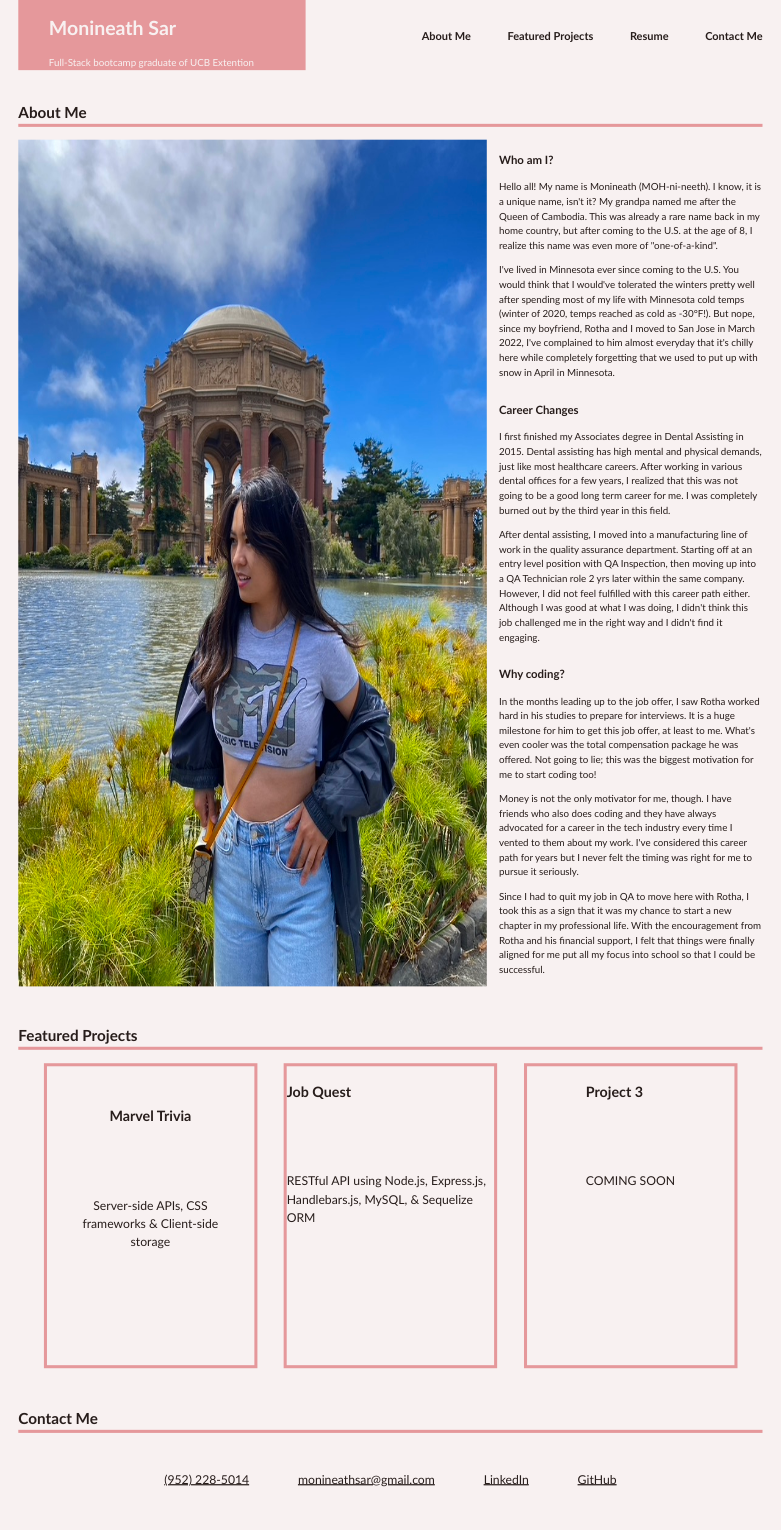
Repository: monineathsar/Challenge-2
Page: index.html
These files come from the project's save history. The page is drawn as it stood at one moment and after the next save; the edit follows.
The browser window is 1280 px wide. The pictures show the whole page, at 61% of full size.

Above is the page before, as saved 2022-08-13 13:22:38.

### index.html
<!DOCTYPE html>
<html lang="en">

<head>
    <meta charset="UTF-8">
    <meta http-equiv="X-UA-Compatible" content="IE=edge">
    <meta name="viewport" content="width=device-width, initial-scale=1.0">
    <title>Sar, M. / Full-Stack Developer</title>
    <link rel="stylesheet" href="./assets/css/style.css">
</head>

<body>
    <!--main page header and nav bar-->
    <header>
        <div>
            <h1>Monineath Sar</h1>
            <span>Full-Stack bootcamp graduate of UCB Extention</span>
        </div>
        <nav>
            <a href="#about"><b>About Me</b></a>
            <a href="#projects"><b>Featured Projects</b></a>
            <a href=""><b>Resume</b></a>
            <a href="#contact"><b>Contact Me</b></a>
        </nav>
    </header>
    <main>
        <!--"About me" container-->
        <section id="about" class="page-section">
            <h2>About Me</h2>
            <!--tab links-->
            <div class="aboutMeDiv">
                <img src="./assets/images/profilePic.JPG" alt="Monineath Sar" width="auto" height="auto">
                <!--"Who am I" paragraph-->
                <div class="aboutMeSection">
                    <section id="who">
                        <h3>Who am I?</h3>
                        <p>
                            Hello all! My name is Monineath (MOH-ni-neeth). I know, it is a
                            unique name, isn't it? My grandpa named me after the Queen of Cambodia.
                            This was already a rare name back in my home country, but after coming
                            to the U.S. at the age of 8, I realize this name was even more of "one-of-a-kind".
                        </p>
                        <p>
                            I've lived in Minnesota ever since coming to the U.S.
                            You would think that I would've tolerated the winters pretty well after
                            spending most of my life with Minnesota cold temps (winter of 2020, temps
                            reached as cold as -30°F!). But nope, since my boyfriend, Rotha and I moved to San Jose in
                            March 2022, I've complained to him almost everyday that it's chilly here while completely
                            forgetting that we used to put up with snow in April in Minnesota.
                        </p>
                    </section>
                    <!--"work history" paragraph-->
                    <section id="work">
                        <h3>Career Changes</h3>
                        <p>
                            I first finished my Associates degree in Dental Assisting in 2015. Dental assisting has high
                            mental and physical demands, just like most healthcare careers. After working in various
                            dental offices for a few years, I realized that this was not going to be a good long term
                            career for me. I was completely burned out by the third year in this field.
                        <p>
                            After dental assisting, I moved into a manufacturing line of work in the quality
                            assurance department. Starting off at an entry level position with QA Inspection, then
                            moving up into a QA Technician role 2 yrs later within the same company. However, I did not
                            feel fulfilled with this career path either. Although I was good at what I was doing, I
                            didn't think this job challenged me in the right way and I didn't find it engaging.
                        </p>
                    </section>
                    <!--"why coding" paragraph-->
                    <section id="why">
                        <h3>Why coding?</h3>
                        <p>
                            In the months leading up to the job offer, I saw Rotha worked hard in his studies to prepare
                            for interviews. It is a huge milestone for him to get this job offer, at least
                            to me. What's even cooler was the total compensation package he was offered.
                            Not going to lie; this was the biggest motivation for me to start coding too!
                        </p>
                        <p>
                            Money is not the only motivator for me, though. I have friends
                            who also does coding and they have always advocated for a career in the tech
                            industry every time I vented to them about my work. I've considered this
                            career path for years but I never felt the timing was right for me to pursue it seriously.
                        </p>
                        <p>
                            Since I had to quit my job in QA to move here with Rotha, I took this as a sign that it was
                            my chance to start a new chapter in my professional life. With the encouragement from Rotha
                            and his financial support, I felt that things were finally aligned for me put all my focus
                            into school so that I could be successful.
                        </p>
                    </section>
                </div>
            </div>
        </section>
        <!--Featured Projects Container-->
        <section id="projects" class="page-section">
            <h2>Featured Projects</h2>
            <div class="projectContainer">


                <div class="project1">
                    <a href="https://monineathsar.github.io/Marvel_Trivia1.0/" target="_blank" class="projectTitle">
                        <div>
                            <h3>Marvel Trivia</h3>
                            <br>
                            <br>
                            <br>
                            <span>Server-side APIs, CSS frameworks & Client-side storage</span>
                        </div>
                    </a>
                </div>


                <a href="https://jobquest.herokuapp.com/" class="projectsBoxes project2" target="_blank">
                    <div>
                        <h3>Job Quest</h3>
                        <br>
                        <br>
                        <br>
                        <span>RESTful API using Node.js, Express.js, Handlebars.js, MySQL, & Sequelize ORM </span>
                    </div>
                </a>

                <a href="" class="projectsBoxes project3">
                    <div>
                        <h3>Project 3</h3>
                        <br>
                        <br>
                        <br>
                        <span>COMING SOON</span>
                    </div>
                </a>
            </div>
        </section>
        <section id="contact" class="page-section">
            <h2>Contact Me</h2>
            <div class="contactMe">
                <a href="tel:+9522285014">(952) 228-5014</a>
                <a href="mailto:monineathsar@gmail.com">monineathsar@gmail.com</a>
                <a href="https://www.linkedin.com/in/monineath-sar-978657236/">LinkedIn</a>
                <a href="https://github.com/monineathsar">GitHub</a>
            </div>
        </section>
    </main>

</body>

</html>

### assets/css/style.css
* {
    box-sizing: border-box;
}
body {
    margin: 0;
    padding: 0;
    font-family: 'Trebuchet MS', 'Lucida Sans Unicode', 'Lucida Grande', 'Lucida Sans', Arial, sans-serif;
    color: #271D1B;
    background-color: #F8F1F1;
    line-height: 1.5;
}
/*Header Flex container*/
header {
    padding: 0px 15px 0px 30px;
    display: flex;
    flex-direction: row;
    justify-content: space-between;
    flex-wrap: wrap;
    align-items: flex-start;
}

/*My name and span message flexbox*/
header div {
    display: flex;
    justify-content: end;
    flex-direction: column;
    flex-wrap: wrap;
    align-items: flex-start;
    color: #F8F1F1;
    padding: 0px 85px 0px 50px;
    margin: 0px;
    background-color: #E5989B;
}

/*Header Nav Flexbox*/
header nav {
    display: flex;
    flex-direction: row;
    flex-wrap: wrap;
    font-size: large;
    margin-top: 30px;
    padding: 0px;
}

/*Header Nav Bar text style*/
nav a {
    margin-left: 30px;
    padding: 15px;
    text-decoration: none;
    color: #271D1B;
}

main {
    margin-top: 10px;
    margin-bottom: 20px;
}

.page-section {
    display: flex;
    flex-direction: column;
    flex-wrap: wrap;
    margin: 20px;
    padding: 10px;
}

h2 {
    border-bottom: 5px solid #E5989B;
    font-size: 25px;
}

/*AboutMe-section container */
.aboutMeDiv {
    display: flex;
    justify-content: flex-start;
    flex-direction: row;
    flex-wrap: nowrap;
}

/*AboutMe flexbox*/
.aboutMeSection {
    display: flex;
    justify-content: flex-start;
    flex-direction: column;
    flex-wrap: wrap;
    align-items: flex-start;
    margin-left: 20px;
}

/*Project-setion container*/
.projectContainer {
    display: flex;
    flex-wrap: wrap;
    flex-direction: row;
    justify-content: space-evenly;
}

/*Each project flexboxes*/
.projectsBoxes {
    display: flex;
    align-items: flex-start;
    justify-content: center;
    padding: 0 0 20px 0;
    margin: 2px;
    text-decoration: none;
    border: 5px solid #E5989B;
    color: #271D1B;
    height: 500px;
    width: 350px;
    background-size: 250%;
}

.projectTitle {
    text-decoration: none;
    text-align: center;
}

/*background pics of project flexboxes*/
.project1 {
    display: flex;
    align-items: flex-start;
    justify-content: center;
    padding: 0 0 20px 0;
    margin: 2px;
    text-decoration: none;
    border: 5px solid #E5989B;
    color: #271D1B;
    height: 500px;
    width: 350px;
    background-size: 250%;
}

.project2 {
    background-image: url();
}

.project3 {
    background-image: url();
}
/*Contact me container*/
.contactMe {
    display: flex;
    justify-content: center;
    flex-direction: row;
    align-items: center;
    flex-wrap: wrap;
}
/*contact me nav bar flexbox*/
div a {
    display: flex;
    justify-content: space-between;
    flex-wrap: nowrap;
    align-items: center;
    margin: 20px;
    padding: 20px;
    color: #271D1B;
    font-size: 20px;
}

After the next save:
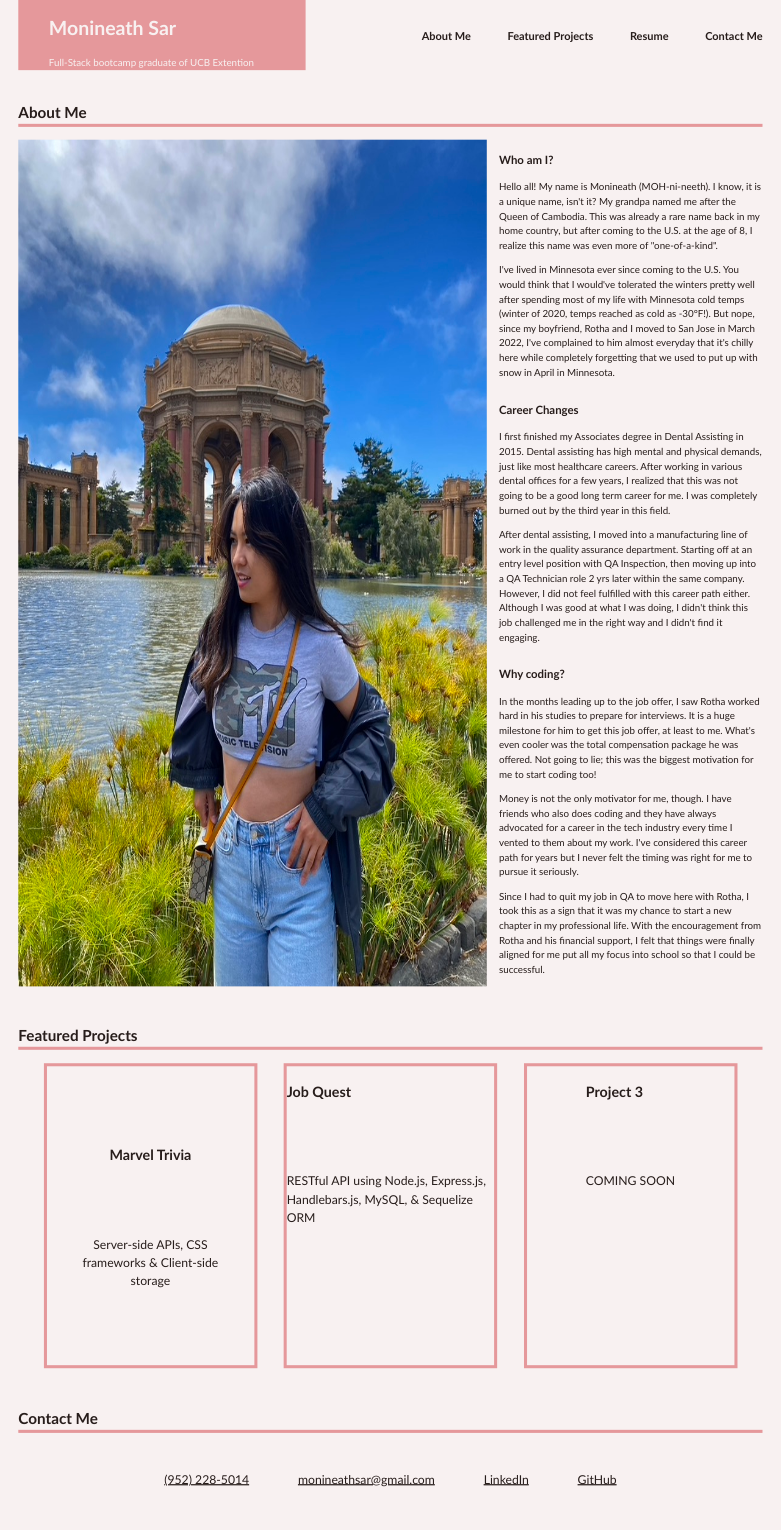
Not found: assets/css/marvelLogo.jpg
Saved 2 min 30 s later.
--- a/assets/css/style.css
+++ b/assets/css/style.css
@@ -117,15 +117,13 @@
 /*background pics of project flexboxes*/
 .project1 {
     display: flex;
-    align-items: flex-start;
-    justify-content: center;
     padding: 0 0 20px 0;
     margin: 2px;
-    text-decoration: none;
     border: 5px solid #E5989B;
     color: #271D1B;
     height: 500px;
     width: 350px;
+    background-image: url("marvelLogo.jpg");
     background-size: 250%;
 }
 

After the 2 saves that followed:
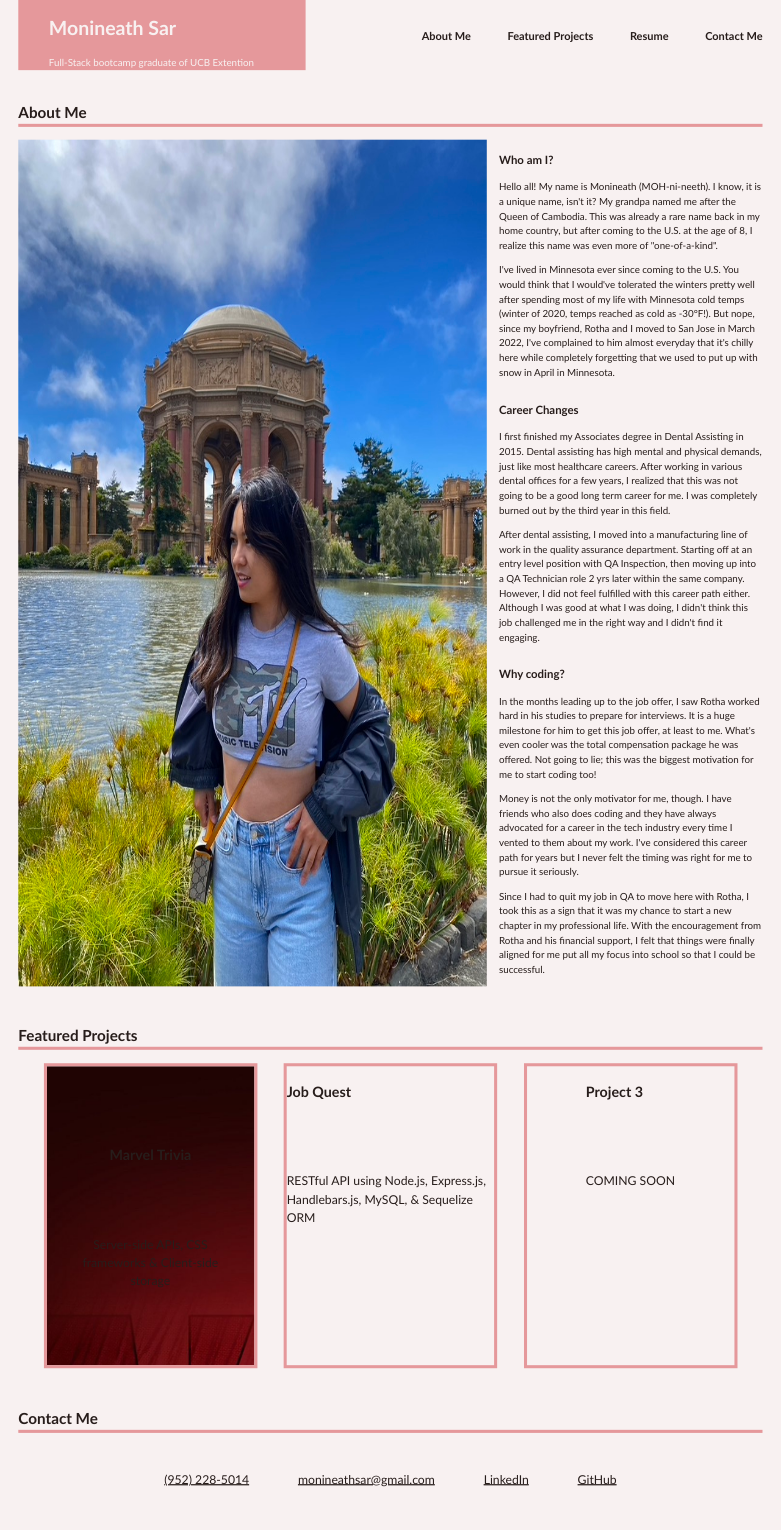
The 2 saves are shown as one change because 1 left the picture as it was.
The last was saved 5 min 2 s later.
--- a/assets/css/style.css
+++ b/assets/css/style.css
@@ -123,7 +123,7 @@
     color: #271D1B;
     height: 500px;
     width: 350px;
-    background-image: url("marvelLogo.jpg");
+    background-image: url("../images/marvelLogo.jpg");
     background-size: 250%;
 }
 
